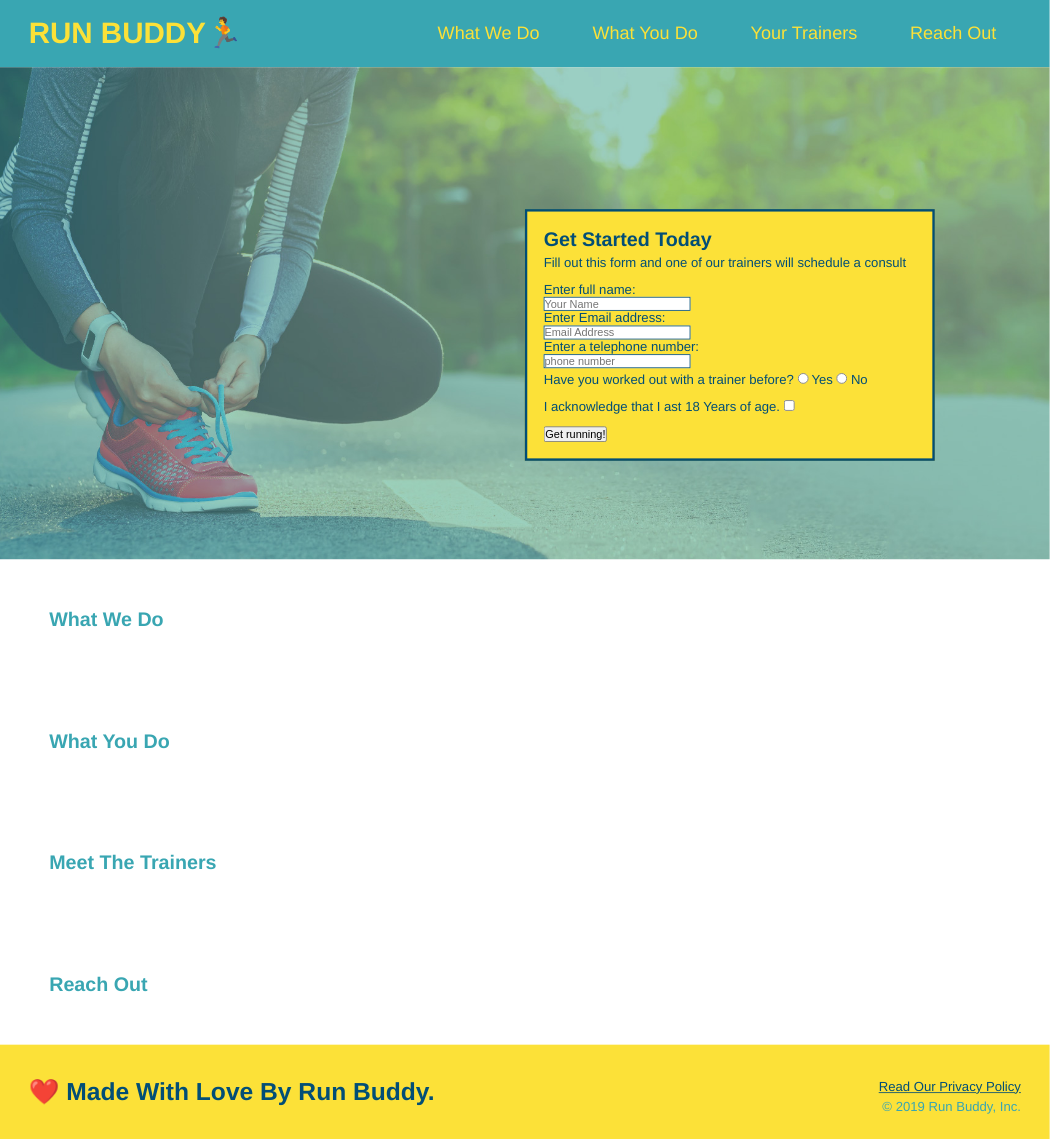
Repository: pilar122/run-buddy
Page: index.html
The author's editor kept a copy of each file at every save. The page is drawn from the files as they stood at one save, then again after the next save.
The browser window is 1280 px wide. The pictures show the whole page, at 82% of full size.

Above is the page before, as saved 2023-01-21 14:57:46.

### index.html
<!DOCTYPE html>
<html lang="en">
    <head>
        <meta charset="UTF-8"/>
        <title>Run Buddy</title>
        <link rel="stylesheet" href="./assets/css/style.css" />
    </head>
    <body>
        <!-- navigation -->
        <header>
            <h1>
                <a href="/"> RUN BUDDY🏃</a>
            </h1>
            <nav>
                <ul><!--Unordered list element-->
                    <li> <!--List item element-->
                        <a href="#what-we-do">What We Do</a> <!--Anchor Element-->
                    </li>
                    <li>
                        <a href="#what-you-do">What You Do</a>
                    </li>
                    <li>
                        <a href="#your-trainers">Your Trainers</a>
                    </li>
                    <li>
                        <a href="#reach-out">Reach Out</a>
                    </li>
                </ul>
            </nav>
        </header>

        <!--hero/jumbotron-->
        <section class="hero">
            <div class="hero-form">
                <h3>Get Started Today</h3>
                <p>Fill out this form and one of our trainers will schedule a consult</p>
                <!--form element-->
                <form>
                    <!--form input-->
                    <label for="name">Enter full name:</label>
                    <input type="text" placeholder="Your Name" name="name" id="name" class="form-input" />

                    <label for="email">Enter Email address:</label>
                    <input type="email" placeholder="Email Address" name="email" id="email" class="form-input" />

                    <label for="phone">Enter a telephone number:</label>
                    <input type="tel" placeholder="phone number" name="phone" id="phone" class="form-input" />
                    <!--button for selection-->
                    <p>
                        Have you worked out with a trainer before?
                        <input type="radio" name="trainer-confirm" id="trainer-yes"/>
                        <label for="trainer-yes">Yes</label>
                        <input type="radio" name="trainer-confirm" id="trainer-no"/>
                        <label for="trainer-no">No</label>
                    </p>
                    <p>
                        <label for="checkbox">
                        I acknowledge that I ast 18 Years of age.
                        </label>
                        <input type="checkbox" name="age-confirm" id="checkbox"/>
                    </p>
                    <!--the submit button-->
                    <button type="submit">
                        Get running!
                    </button>
                </form>
            </div>
        </section>
        <!--end hero-->

        <!--"what we do" section-->
        <section>
            <h2>What We Do</h2>
        </section>

        <!--"What You Do" section-->
        <section>
            <h2>What You Do</h2>
        </section>

        <!--"Meet The Trainers" section-->
        <section>
            <h2>Meet The Trainers</h2>
        </section>

        <!--"Reach Out" section-->
        <section>
            <h2>Reach Out</h2>
        </section>

        <!--Footer-->
        <footer>
            <h2>❤️ Made With Love By Run Buddy.</h2>
            <div>
                <a href="#">Read Our Privacy Policy</a><br />
                &copy; 2019 Run Buddy, Inc.
            </div>
        </footer>
    </body>
</html>

### assets/css/style.css
/*This is to remove the default browser enforced styled*/
* {
    margin: 0;
    padding: 0;
    box-sizing: border-box;
}

body {
    /*This changes the elements in the body*/
    color: #39a6b2;
    font-family: Helvetica, Arial, sans-serif;
}

/*Applying style to the header*/
header {
    padding: 20px 35px;
    background-color: #39a6b2;
}

header h1 {
    font-weight: bold;
    font-size: 36px;
    color: #fce138;
    margin: 0;
    display: inline; /*This moved the nav on the right hand side up*/
}

header a {
    text-decoration: none;
    color: #fce138;
}

header nav {
    float: right;
    margin: 7px 0;
}

header nav ul li {
    display: inline; /*horizontally in a row*/
}

header nav ul li a {
    margin: 0 30px;
    font-weight: lighter;
    font-size: 22px;
}

footer {
    background: #fce138;
    width: 100%;
    padding: 40px 35px;
}

footer h2 {
    display: inline;
    color: #024e76;
    font-size: 30px;
    margin: 0;
}

footer div {
    float: right;
    line-height: 1.5;
    text-align: right;
}

footer a {
    color: #024e76;
}

section {
    padding: 60px;
}
/*Hero style start*/
.hero {
    background-image: url("../images/hero-bg.jpeg");
    height: 600px;
    background-size: cover;
    background-position: center;
    position: relative;
}
/*hero style end*/

.hero-form {
    border: 3px solid #024e76;
    background-color: #fce138;
    padding: 20px;
    width: 500px;
    color: #024e76;
    position: absolute;
    bottom: 120px;
    right: 140px;
}

.hero-form h3 {
    font-size: 24px;
    margin: 0;
}

.hero-form p {
    margin: 5px 0 15px 0;
}

.form-input {
    border: 1px solid #024e76;
    display: block;

}

After the next save:
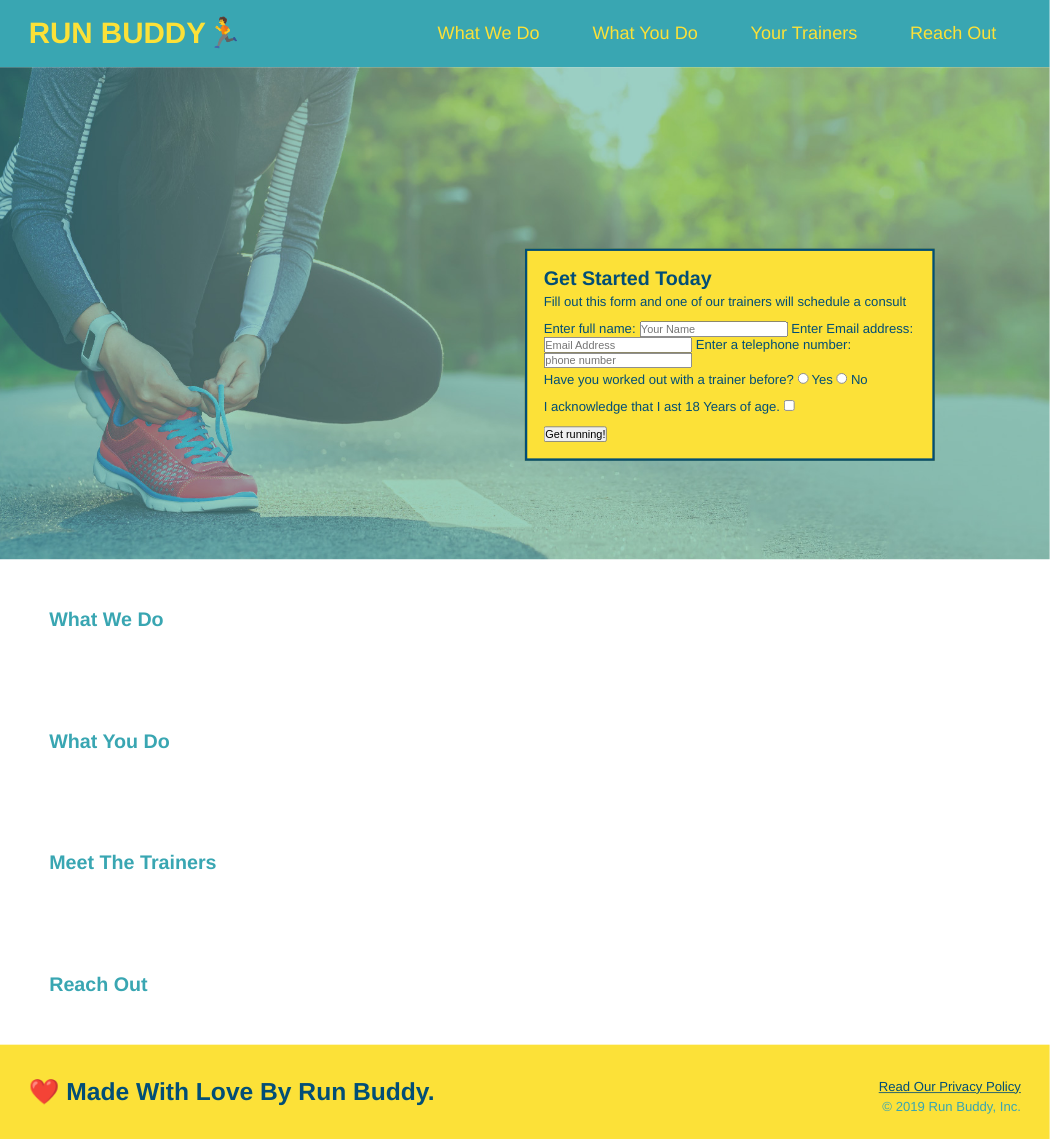
Saved 8 s later.
--- a/assets/css/style.css
+++ b/assets/css/style.css
@@ -102,7 +102,5 @@ section {
 }
 
 .form-input {
-    border: 1px solid #024e76;
-    display: block;
 
 }
